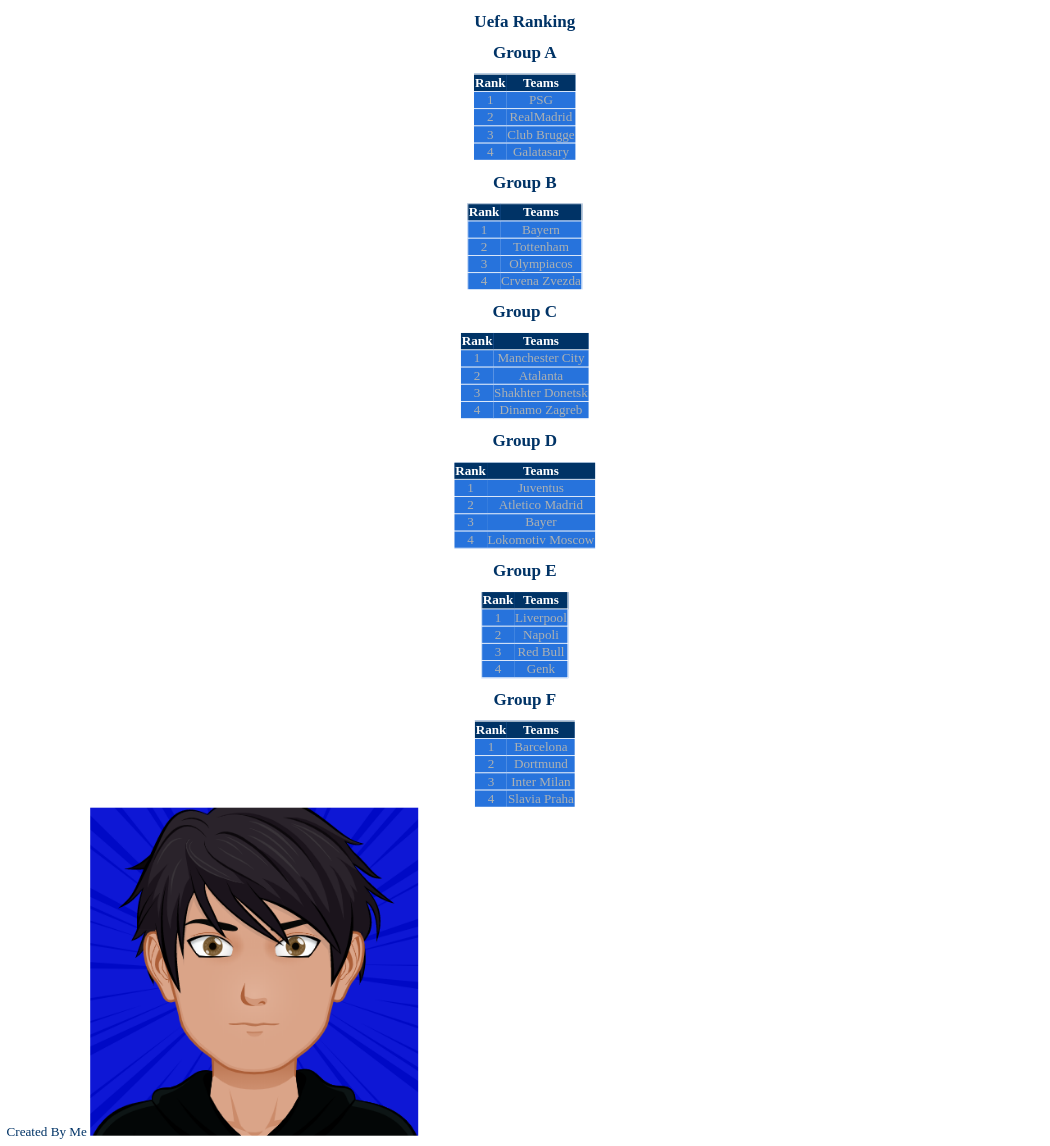
Repository: Danielrr07/Danielrr07.github.io
Page: My_Website/website.html
The author's editor kept a record of every edit. The page is drawn from the files as they stood at one moment, then again after the next edit.
The browser window is 1280 px wide. The pictures show the whole page, at 82% of full size.

Above is the page before.

### My_Website/website.html
<!DOCTYPE html>
   <html>
     <head>
       <style>
       td {color: #ADB1B2;}
       </style>
       <meta charset="utf-8">
       <link href="website1.css" rel="stylesheet" type="text/css">
       <title> UEFA  </title>
     </head>
     <body>
        <h1> Uefa Ranking</h1>
        <h1>   Group A     </h1>
        <table>
        <tr><th>Rank</th><th>Teams</th></tr>
        <tr><td>1</td><td>PSG</td></tr>
        <tr><td>2</td><td>RealMadrid</td></tr>
        <tr><td>3</td><td>Club Brugge</td></tr>
        <tr><td>4</td><td>Galatasary</td></tr>
        </table>
        <h1> Group B   </h1>
        <table>
        <tr><th>Rank</th><th>Teams</th></tr>
        <tr><td>1</td><td>    Bayern</td></tr>
        <tr><td>2</td><td>    Tottenham</td></tr>
        <tr><td>3</td><td>    Olympiacos</td></tr>
        <tr><td>4</td><td>    Crvena Zvezda</td></tr>
        </table>
        <h1> Group C   </h1>
        <table>
        <tr><th>Rank</th><th>Teams</th></tr>
        <tr><td>1</td><td>    Manchester City</td></tr>
        <tr><td>2</td><td>    Atalanta</td></tr>
        <tr><td>3</td><td>    Shakhter Donetsk</td></tr>
        <tr><td>4</td><td>    Dinamo Zagreb</td></tr>
        </table>
        <h1> Group D   </h1>
        <table>
        <tr><th>Rank</th><th>Teams</th></tr>
        <tr><td>1</td><td>    Juventus</td></tr>
        <tr><td>2</td><td>    Atletico Madrid</td></tr>
        <tr><td>3</td><td>    Bayer</td></tr>
        <tr><td>4</td><td>    Lokomotiv Moscow</td></tr>
        </table>
        <h1> Group E   </h1>
        <table>
        <tr><th>Rank</th><th>Teams</th></tr>
        <tr><td>1</td><td>    Liverpool</td></tr>
        <tr><td>2</td><td>    Napoli</td></tr>
        <tr><td>3</td><td>    Red Bull</td></tr>
        <tr><td>4</td><td>    Genk</td></tr>
        </table>
        <h1> Group F   </h1>
        <table>
        <tr><th>Rank</th><th>Teams</th></tr>
        <tr><td>1</td><td>    Barcelona</td></tr>
        <tr><td>2</td><td>    Dortmund</td></tr>
        <tr><td>3</td><td>    Inter Milan</td></tr>
        <tr><td>4</td><td>    Slavia Praha</td></tr>
        </table>
        <tr><td>Created By Me</td></tr>
        <img src = "myAvatar.png">
     </body>

    </html>

### My_Website/website1.css
body{
       font-family: "Marker Felt", "Comic Sans MS", fantasy;
 	 color: #003366;
    }

    h1  {
 	   font-size: 1.3em;
 	   text-align: center;
    }

   table {
 	   margin-left: auto;
 	   margin-right: auto;
 	   text-align: left;
 	   border-collapse: collapse;
   }

   tr   {
	  border: 1px solid #ffffff;
	  text-align: center;
	  background-color:#2773DC;
  }

  th   {
	 text-align: center;
	 color: #ffffff;
	 background-color: #003366;
  }

After the next edit:
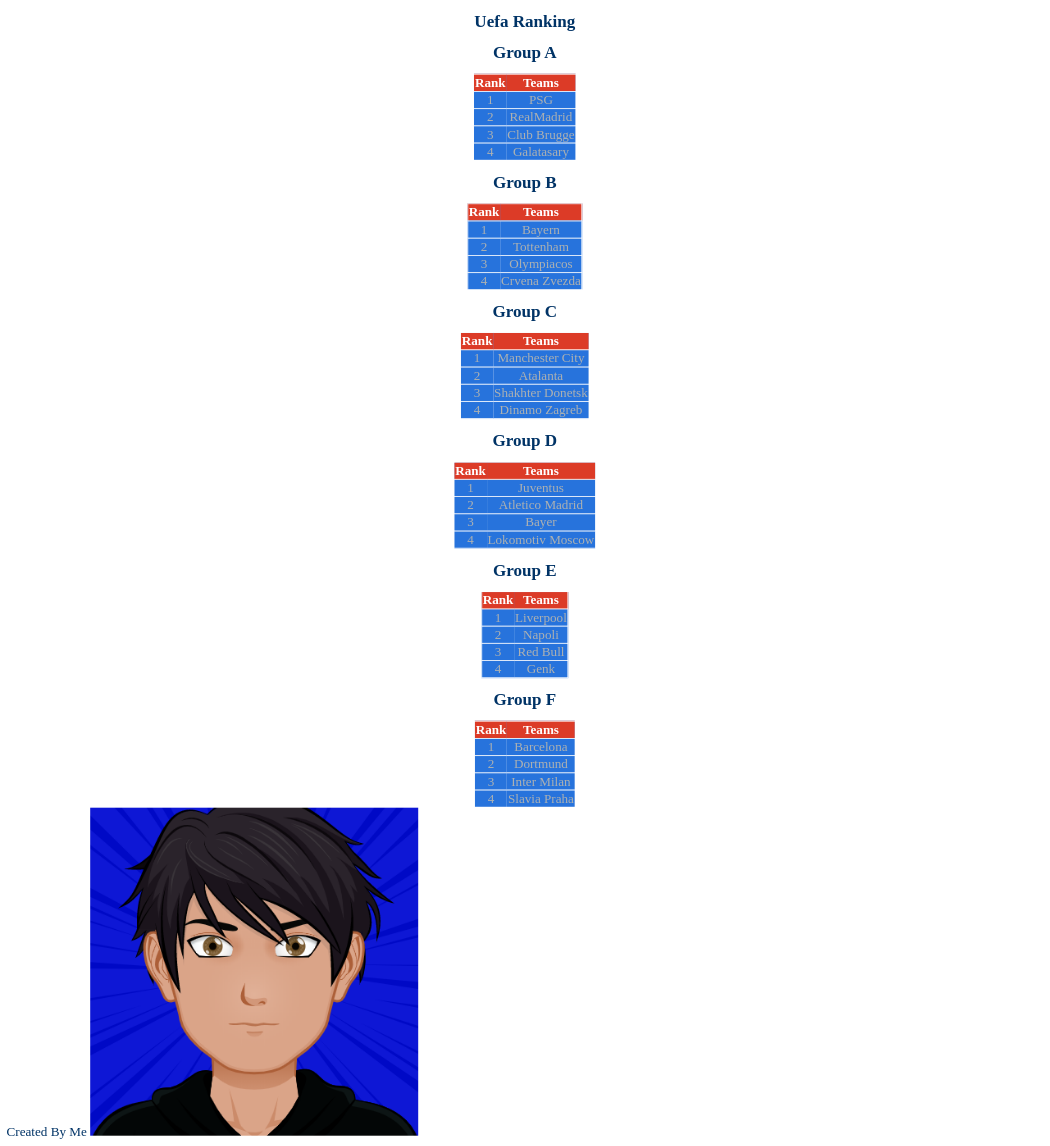
The edit:
--- a/My_Website/website1.css
+++ b/My_Website/website1.css
@@ -24,5 +24,5 @@
   th   {
 	 text-align: center;
 	 color: #ffffff;
-	 background-color: #003366;
+	 background-color: #DC3B27;
   }
